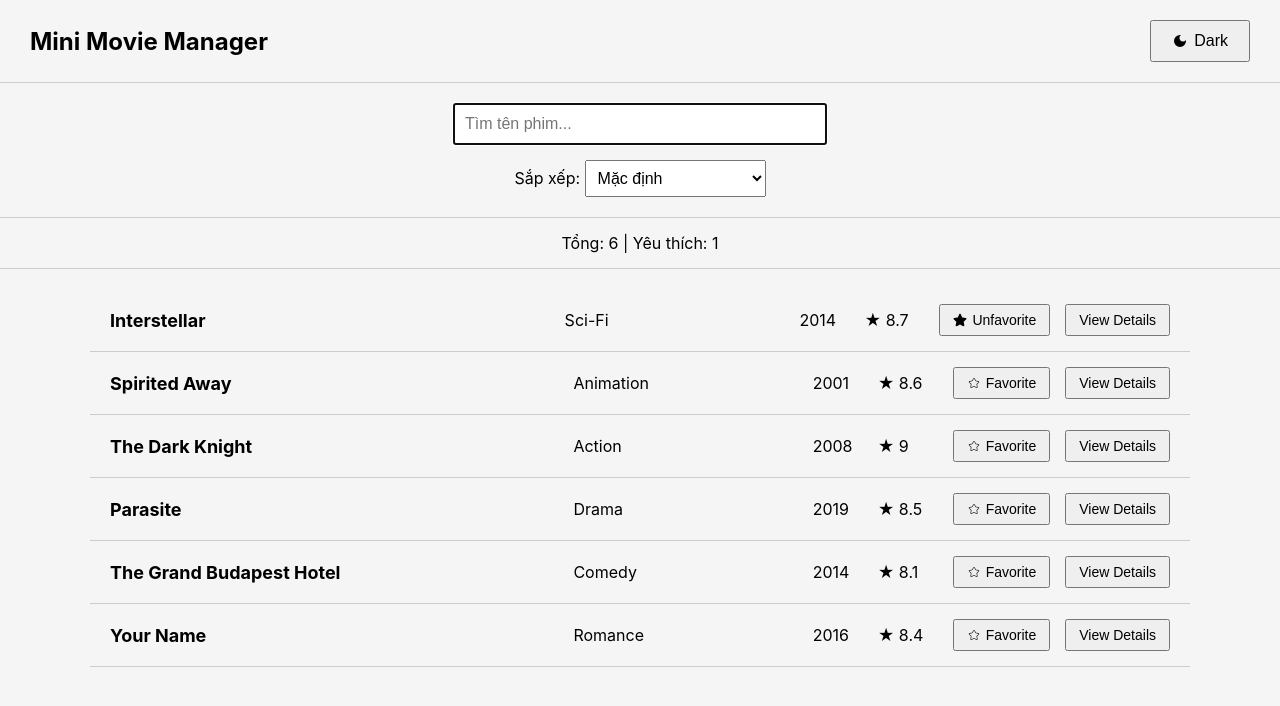
Repository: duyndhe195099/fer202_lab2
Page: /, after clicking the first element matching `div > button`
The author's editor kept a copy of each file at every save. The page is drawn from the files as they stood at one save, then again after the next save.
The browser window is 1280 px wide. The pictures show the whole page.
The project was rebuilt for these pictures with package versions that can differ from the ones it lists, and the page was loaded fresh each time. Also part of the build but not shown: src/components/MovieDetail.js.

Above is the page before, as saved 2026-10-02 11:13:46.

### src/index.js
import React from "react";
import ReactDOM from "react-dom/client";
import "./index.css";
import App from "./App";
import { ThemeProvider } from "./context/ThemeContext";

const root = ReactDOM.createRoot(document.getElementById("root"));
root.render(
  <React.StrictMode>
    <ThemeProvider>
      <App />
    </ThemeProvider>
  </React.StrictMode>
);

### src/App.js
import { useCallback, useContext, useMemo, useState } from "react";

import Header from "./components/Header";
import SearchBar from "./components/SearchBar";
import GenreFilter from "./components/GenreFilter";
import MovieList from "./components/MovieList";
import MovieDetail from "./components/MovieDetail";

import { ThemeContext } from "./context/ThemeContext";
import useLocalStorage from "./hooks/useLocalStorage";
import { movies } from "./datas/movies";

function App() {

  const { darkMode } = useContext(ThemeContext);


  const [keyword, setKeyword] = useState("");
  const [genre, setGenre] = useState("All Genres");
  const [sortBy, setSortBy] = useState("default");
  const [selectedMovie, setSelectedMovie] = useState(null);


  const [favorites, setFavorites] = useLocalStorage("movie_favorites", []);


  const toggleFavorite = useCallback(
    (id) => {
      setFavorites((prev) =>
        prev.includes(id) ? prev.filter((f) => f !== id) : [...prev, id],
      );
    },
    [setFavorites],
  );


  const viewDetail = useCallback((movie) => {
    setSelectedMovie(movie);
  }, []);


  const filteredMovies = useMemo(() => {
    const kw = keyword.trim().toLowerCase();

    const result = movies.filter((movie) => {
      const matchGenre = genre === "All Genres" || movie.genre === genre;
      const matchTitle = movie.title.toLowerCase().includes(kw);
      return matchGenre && matchTitle;
    });

    if (sortBy === "desc") {
      result.sort((a, b) => b.rating - a.rating);
    } else if (sortBy === "asc") {
      result.sort((a, b) => a.rating - b.rating);
    }

    return result;
  }, [keyword, genre, sortBy]);

  return (
    <div
      style={{
        minHeight: "100vh",
        backgroundColor: darkMode ? "#222" : "#f5f5f5",
        color: darkMode ? "white" : "black",
      }}
    >
      <Header />

      <section style={{ padding: "20px", borderBottom: "1px solid #ccc" }}>
        <SearchBar keyword={keyword} setKeyword={setKeyword} />

        <div
          style={{
            display: "flex",
            justifyContent: "center",
            gap: "30px",
            marginTop: "15px",
          }}
        >
          <GenreFilter genre={genre} setGenre={setGenre} />

          <label style={{ fontSize: "16px" }}>
            Sắp xếp:{" "}
            <select
              value={sortBy}
              onChange={(e) => setSortBy(e.target.value)}
              style={{ padding: "8px", fontSize: "16px" }}
            >
              <option value="default">Mặc định</option>
              <option value="desc">Rating: High → Low</option>
              <option value="asc">Rating: Low → High</option>
            </select>
          </label>
        </div>
      </section>

      <p
        style={{
          textAlign: "center",
          margin: 0,
          padding: "15px",
          borderBottom: "1px solid #ccc",
        }}
      >
        Tổng: {filteredMovies.length} | Yêu thích: {favorites.length}
      </p>

      <div
        style={{
          display: "flex",
          alignItems: "flex-start",
          gap: "20px",
          maxWidth: "1100px",
          margin: "20px auto",
          padding: "0 20px",
        }}
      >
        <div style={{ flex: 1 }}>
          <MovieList
            movies={filteredMovies}
            favorites={favorites}
            toggleFavorite={toggleFavorite}
            viewDetail={viewDetail}
          />
        </div>

        {selectedMovie && (
          <MovieDetail
            movie={selectedMovie}
            onClose={() => setSelectedMovie(null)}
          />
        )}
      </div>
    </div>
  );
}

export default App;

### src/context/ThemeContext.js
import { createContext, useState } from "react";

export const ThemeContext = createContext();

export function ThemeProvider({ children }) {
  const [darkMode, setDarkMode] = useState(false);

  const toggleTheme = () => setDarkMode((prev) => !prev);

  return (
    <ThemeContext.Provider value={{ darkMode, toggleTheme }}>
      {children}
    </ThemeContext.Provider>
  );
}

### src/components/Header.js
import { useContext } from "react";
import { CiLight } from "react-icons/ci";
import { MdDarkMode } from "react-icons/md";
import { ThemeContext } from "../context/ThemeContext";

function Header() {
  const { darkMode, toggleTheme } = useContext(ThemeContext);

  return (
    <header
      style={{
        display: "flex",
        justifyContent: "space-between",
        alignItems: "center",
        padding: "20px 30px",
        borderBottom: "1px solid #ccc",
      }}
    >
      <h1 style={{ margin: 0, fontSize: "24px" }}>Mini Movie Manager</h1>

      <button
        onClick={toggleTheme}
        style={{
          display: "flex",
          alignItems: "center",
          gap: "6px",
          padding: "10px 20px",
          fontSize: "16px",
          cursor: "pointer",
        }}
      >
        {darkMode ? (
          <>
            <CiLight /> Light
          </>
        ) : (
          <>
            <MdDarkMode /> Dark
          </>
        )}
      </button>
    </header>
  );
}

export default Header;

### src/components/SearchBar.js
import { useEffect, useRef } from "react";

function SearchBar({ keyword, setKeyword }) {
  const inputRef = useRef(null);


  useEffect(() => {
    inputRef.current.focus();
  }, []);

  const handleClear = () => {
    setKeyword("");
    inputRef.current.focus();
  };

  return (
    <div style={{ display: "flex", justifyContent: "center", gap: "10px" }}>


      <input
        ref={inputRef}
        type="text"
        value={keyword}
        placeholder="Tìm tên phim..."
        onChange={(e) => setKeyword(e.target.value)}
        style={{ width: "350px", padding: "10px", fontSize: "16px" }}
      />


    </div>
  );
}

export default SearchBar;

### src/components/GenreFilter.js
const genres = [
  "All Genres",
  "Action",
  "Animation",
  "Comedy",
  "Drama",
  "Romance",
  "Sci-Fi",
];

function GenreFilter({ genre, setGenre }) {

}

export default GenreFilter;

### src/components/MovieList.js
import MovieItem from "./MovieItem";

function MovieList({ movies, favorites, toggleFavorite, viewDetail }) {
  if (movies.length === 0) {
    return (
      <p style={{ textAlign: "center", padding: "30px" }}>No movies found.</p>
    );
  }

  return (
    <section>
      {movies.map((movie) => (
        <MovieItem
          key={movie.id}
          movie={movie}
          isFavorite={favorites.includes(movie.id)}
          toggleFavorite={toggleFavorite}
          viewDetail={viewDetail}
        />
      ))}
    </section>
  );
}

export default MovieList;

### src/hooks/useLocalStorage.js
import { useEffect, useState } from "react";

function useLocalStorage(key, initialValue) {
  const [value, setValue] = useState(initialValue);
  const [loaded, setLoaded] = useState(false);

  // Load dữ liệu khi app khởi động
  useEffect(() => {
    const saved = localStorage.getItem(key);

    if (saved) {
      setValue(JSON.parse(saved));
    }

    setLoaded(true);
  }, [key]);

  // Lưu dữ liệu mỗi khi value thay đổi
  useEffect(() => {
    if (loaded) {
      localStorage.setItem(key, JSON.stringify(value));
    }
  }, [key, value, loaded]);

  return [value, setValue];
}

export default useLocalStorage;

### src/datas/movies.js
export const movies = [
    {
        id: 1,
        title: "Interstellar",
        genre: "Sci-Fi",
        year: 2014,
        rating: 8.7,
        director: "Christopher Nolan",
        duration: 169,
        description:
            "A group of astronauts travels through space to search for a new home for humanity."
    },
    {
        id: 2,
        title: "Spirited Away",
        genre: "Animation",
        year: 2001,
        rating: 8.6,
        director: "Hayao Miyazaki",
        duration: 125,
        description:
            "A young girl enters a mysterious world and tries to save her parents."
    },
    {
        id: 3,
        title: "The Dark Knight",
        genre: "Action",
        year: 2008,
        rating: 9.0,
        director: "Christopher Nolan",
        duration: 152,
        description:
            "Batman faces a dangerous criminal who creates chaos in Gotham City."
    },
    {
        id: 4,
        title: "Parasite",
        genre: "Drama",
        year: 2019,
        rating: 8.5,
        director: "Bong Joon-ho",
        duration: 132,
        description:
            "A poor family gradually becomes involved in the life of a wealthy family."
    },
    {
        id: 5,
        title: "The Grand Budapest Hotel",
        genre: "Comedy",
        year: 2014,
        rating: 8.1,
        director: "Wes Anderson",
        duration: 100,
        description:
            "A series of unusual events takes place at a famous European hotel."
    },
    {
        id: 6,
        title: "Your Name",
        genre: "Romance",
        year: 2016,
        rating: 8.4,
        director: "Makoto Shinkai",
        duration: 106,
        description:
            "Two young people mysteriously experience each other's lives."
    }
];

### src/components/MovieItem.js
import { memo } from "react";
import { CiStar } from "react-icons/ci";
import { FaStar } from "react-icons/fa";

function MovieItem({ movie, isFavorite, toggleFavorite, viewDetail }) {
  const buttonStyle = {
    display: "flex",
    alignItems: "center",
    gap: "5px",
    padding: "6px 12px",
    fontSize: "14px",
    cursor: "pointer",
  };

  return (
    <div
      style={{
        display: "flex",
        alignItems: "center",
        gap: "15px",
        padding: "15px 20px",
        borderBottom: "1px solid #ccc",
      }}
    >
      <span style={{ flex: 2, fontSize: "18px", fontWeight: "bold" }}>
        {movie.title}
      </span>

      <span style={{ flex: 1 }}>{movie.genre}</span>

      <span style={{ width: "50px" }}>{movie.year}</span>

      <span style={{ width: "60px" }}>★ {movie.rating}</span>

      <button onClick={() => toggleFavorite(movie.id)} style={buttonStyle}>
        {isFavorite ? (
          <>
            <FaStar /> Unfavorite
          </>
        ) : (
          <>
            <CiStar /> Favorite
          </>
        )}
      </button>

      <button onClick={() => viewDetail(movie)} style={buttonStyle}>
        View Details
      </button>
    </div>
  );
}

export default memo(MovieItem);

Loaded but not shown: public/index.html (common file); src/index.css (common file)

After the next save:
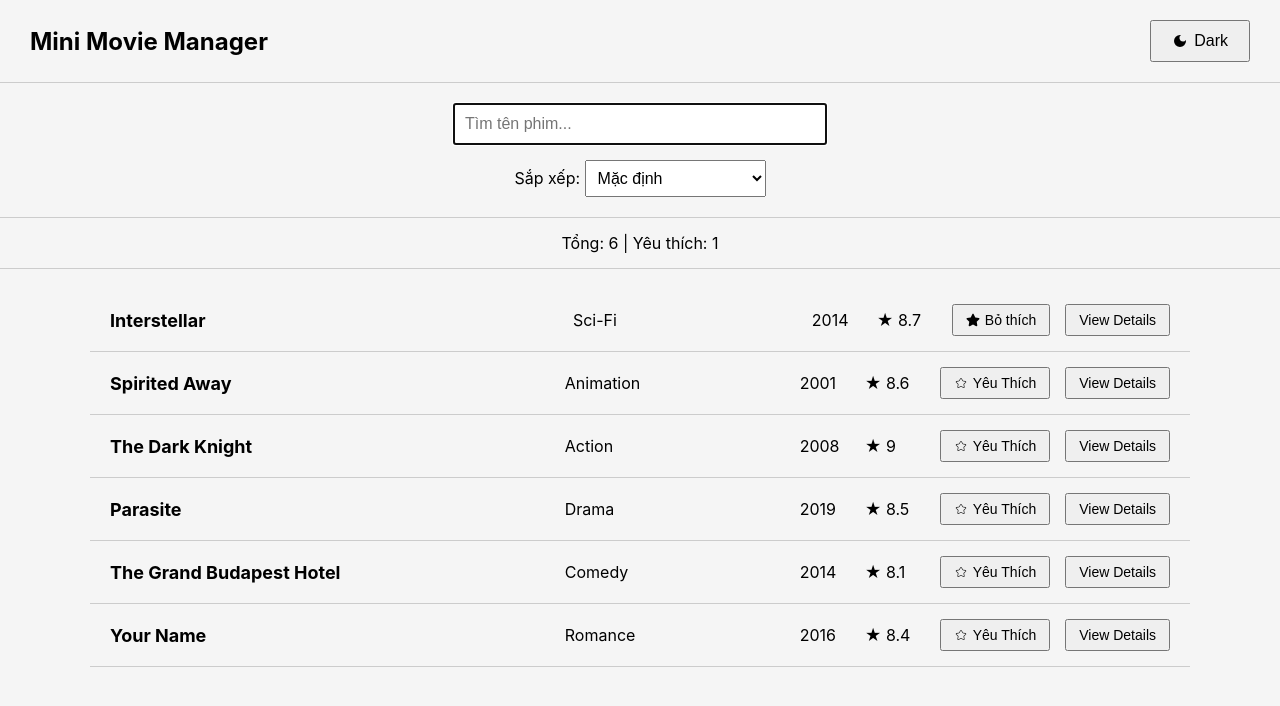
Saved 2 min 40 s later.
--- a/src/components/MovieItem.js
+++ b/src/components/MovieItem.js
@@ -35,11 +35,11 @@ function MovieItem({ movie, isFavorite, toggleFavorite, viewDetail }) {
       <button onClick={() => toggleFavorite(movie.id)} style={buttonStyle}>
         {isFavorite ? (
           <>
-            <FaStar /> Unfavorite
+            <FaStar /> Bỏ thích
           </>
         ) : (
           <>
-            <CiStar /> Favorite
+            <CiStar /> Yêu Thích
           </>
         )}
       </button>
